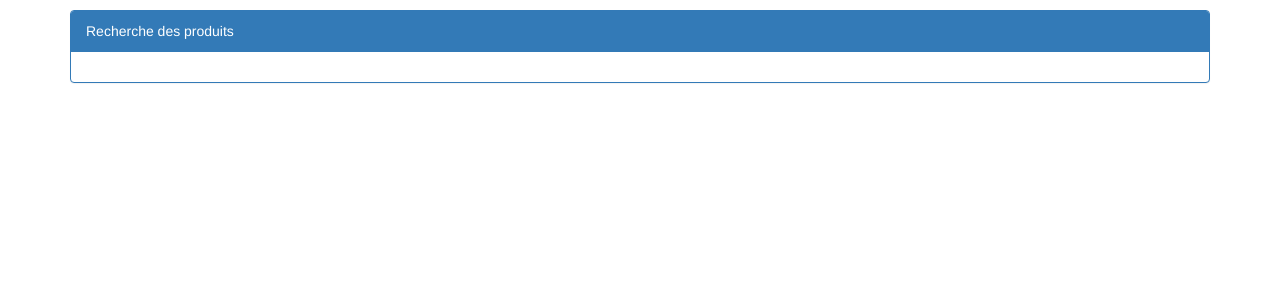
Repository: lamyita/App_Add_Product
Page: http://localhost/TP_CAT/index.do
The author's editor kept a copy of each file at every save. The page is drawn from the files as they stood at one save, then again after the next save.
The browser window is 1280 px wide. The pictures show the whole page.
The page is served by Tomcat 9.

Above is the page before, as saved 2021-02-03 14:07:34.

After the next save:
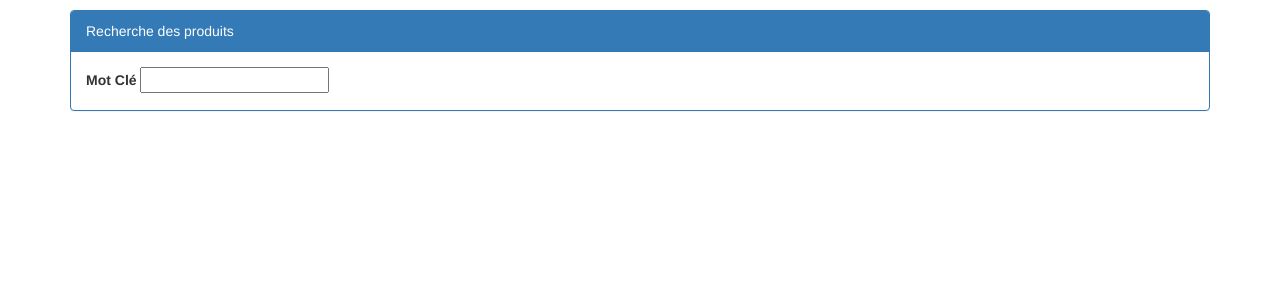
Saved 6 min 35 s later.
--- a/larchitecture JEE/TP_CAT/WebContent/produits.jsp
+++ b/larchitecture JEE/TP_CAT/WebContent/produits.jsp
@@ -13,6 +13,8 @@
 <div class="panel-heading"> Recherche des produits</div>
 <div class="panel-body">
 <form action="chercher.do" method="get">
+<label>Mot Clé</label>
+<input  type="text" name="motCle"/>
 
 
 </form>
